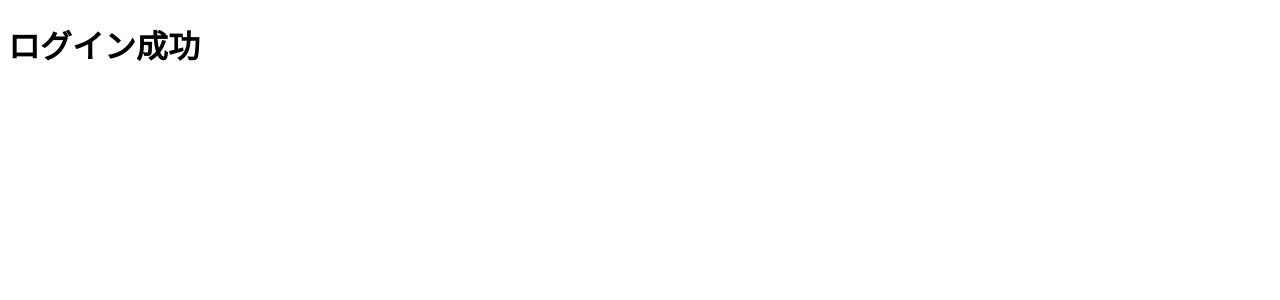
Repository: kazuki000/test
Page: http://localhost/login/loginError.jsp
The author's editor kept a copy of each file at every save. The page is drawn from the files as they stood at one save, then again after the next save.
The browser window is 1280 px wide. The pictures show the whole page.
The page is served by Tomcat 9. Other server files are loaded and not shown.

Above is the page before, as saved 2019-03-12 13:22:47.

### login/WebContent/loginError.jsp
<%@ page language="java" contentType="text/html; charset=UTF-8"
    pageEncoding="UTF-8"%>
<%@taglib prefix="s" uri="/struts-tags"%>
<!DOCTYPE html PUBLIC "-//W3C//DTD HTML 4.01 Transitional//EN" "http://www.w3.org/TR/html4/loose.dtd">
<html>
<head>
<meta http-equiv="Content-Type" content="text/html; charset=UTF-8">
<title>ログイン成功</title>
</head>
<body>
 <h1>ログイン成功</h1>
</body>
</html>

After the next save:
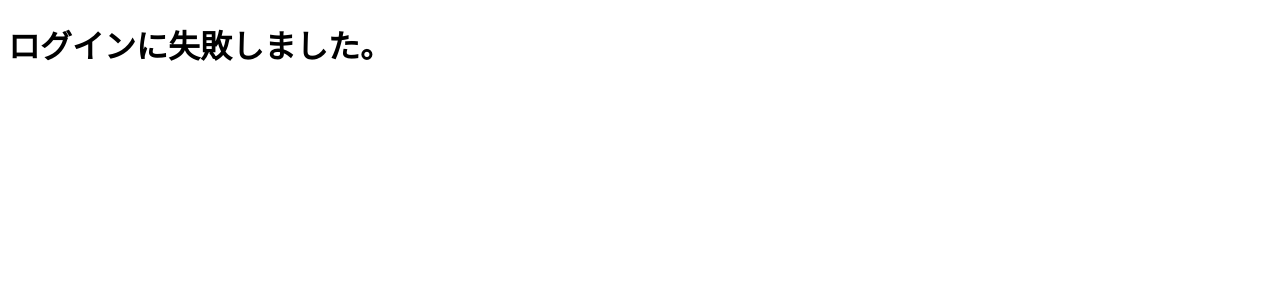
Saved 74 s later.
--- a/login/WebContent/loginError.jsp
+++ b/login/WebContent/loginError.jsp
@@ -5,9 +5,9 @@
 <html>
 <head>
 <meta http-equiv="Content-Type" content="text/html; charset=UTF-8">
-<title>ログイン成功</title>
+<title>ログイン失敗画面</title>
 </head>
 <body>
- <h1>ログイン成功</h1>
+ <h1>ログインに失敗しました。</h1>
 </body>
 </html>
